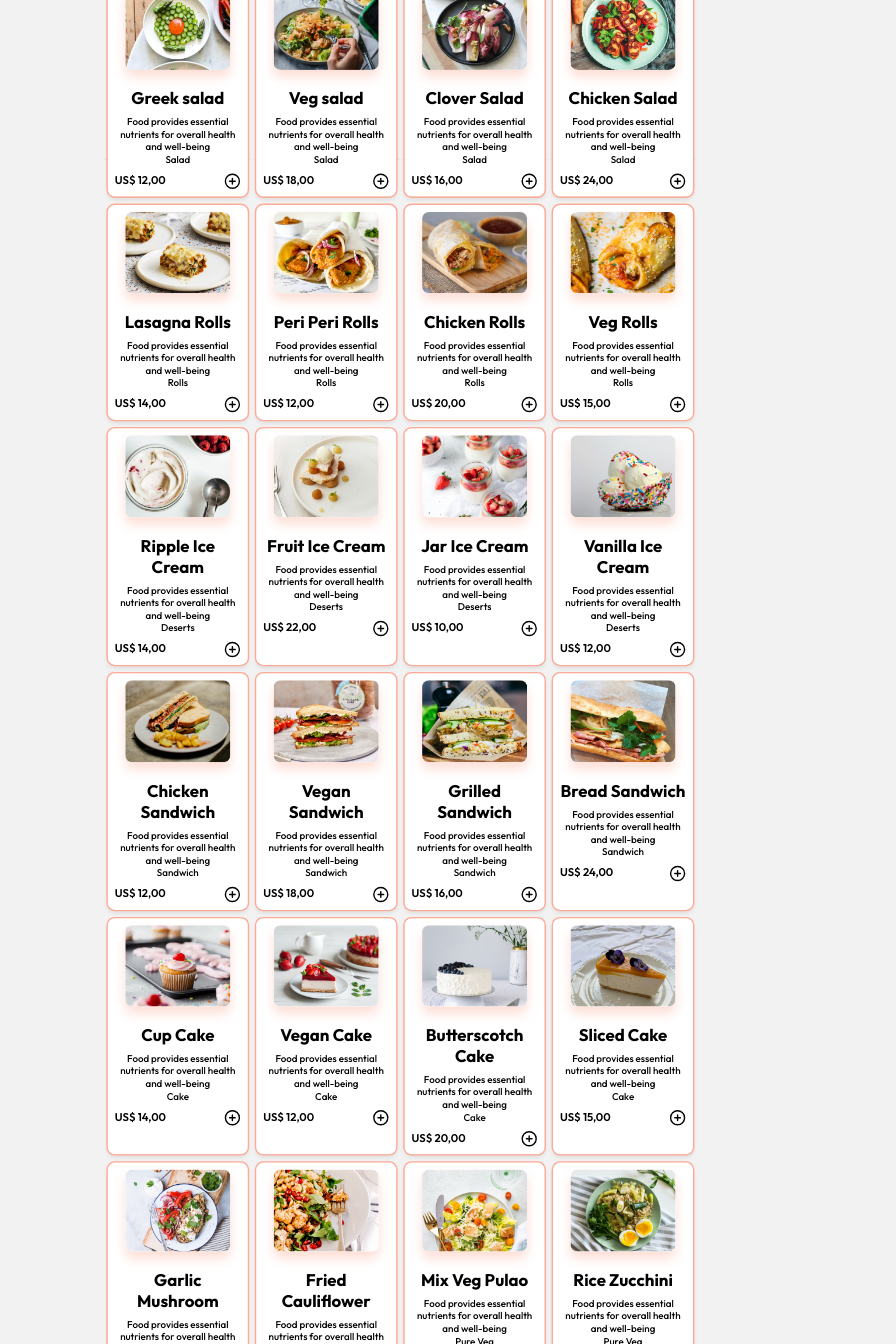
Repository: guilhermecardoso93/foodio
Page: /
The author's editor kept a copy of each file at every save. The page is drawn from the files as they stood at one save, then again after the next save.
The browser window is 1280 px wide. The pictures show the part of the page from y = 777 to 2697 px (the page is 3465 px tall before and 3481 px after), at 70% of full size.
The project was rebuilt for these pictures with package versions that can differ from the ones it lists, and the page was loaded fresh each time. Also part of the build but not shown: vite.config.js, src/index.css.

Above is the page before, as saved 2024-11-05 20:26:43.

### index.html
<!doctype html>
<html lang="en">

<head>
    <meta charset="UTF-8" />
    <link rel="icon" type="image/svg+xml" href="/" />
    <link rel="preconnect" href="https://fonts.googleapis.com">
    <link rel="preconnect" href="https://fonts.gstatic.com" crossorigin>
    <link href="https://fonts.googleapis.com/css2?family=Inter:ital,opsz,wght@0,14..32,100..900;1,14..32,100..900&family=Outfit:wght@100..900&display=swap" rel="stylesheet">
    <meta name="viewport" content="width=device-width, initial-scale=1.0" />
    <title>Foodio</title>
</head>

<body>
    <div id="root"></div>
    <script type="module" src="/src/main.jsx"></script>
</body>

</html>

### src/main.jsx
import { StrictMode } from "react";
import { createRoot } from "react-dom/client";
import { App } from "./App.jsx";

import "./index.css";
createRoot(document.getElementById("root")).render(
  <StrictMode>
    <App />
  </StrictMode>
);

### src/App.jsx
import "./App.css";
import { Main } from "./components/Main";
import { Menu } from "./components/Menu";

export function App() {
  return (
    <>
      <Menu />
      <Main />
    </>
  );
}

### src/App.css
*, ::after, ::before {
  margin: 0;
  padding: 0;
  box-sizing: border-box;
}

body {
  margin: 0 100px;
  background-color: #f2f2f2;
  font-family: "Outfit", serif;
}

### src/components/Main/index.jsx
import imagem1 from "../../assets/images/image1.png";
import imagem5 from "../../assets/images/image5.png";
import { food_list } from "../../assets/assets";
import { CardItem } from "../CardItem";

import "./styles.css";

export function Main() {
  return (
    <main>
      <section className="grid">
        <div className="content">
          <div className="content-left">
            <div className="info">
              <h2>
                Order Your Best
                <br />
                Food anytime
              </h2>
              <p>
                Hey, our delicious food is waiting for you, <br /> We are always
                waiting for you with fresh items of food.
              </p>
            </div>
            <button>Explore Food</button>
          </div>
          <div className="content-right">
            <img src={imagem1} alt="" />
            <img src={imagem5} alt="" />
            <img src={imagem1} alt="" />{" "}
          </div>
        </div>
      </section>
      <section className="category">
        <div className="list-items">
          <h3>Popular Dishes</h3>
          <div className="card-list">
            {food_list.map((item, index) => {
              return (
                <CardItem
                  image={item.image}
                  name={item.name}
                  price={item.price}
                  description={item.description}
                  category={item.category}
                  key={index}
                />
              );
            })}
          </div>
        </div>
      </section>
    </main>
  );
}

### src/components/Menu/index.jsx
import "./styles.css";

export function Menu() {
  function toggleMenu() {}

  return (
    <div className="navbar">
      <div className="navbar-logo">
        <h1>
          Food<b>io</b>
        </h1>
      </div>
      <div className="hamburguer" onClick={toggleMenu()}>
        <span className="bar"></span>
        <span className="bar"></span>
        <span className="bar"></span>
      </div>
      <ul className="navbar-link">
        <li className="active">
          <a href="/">Home</a>
        </li>
        <li className="active">
          <a href="/">Menu</a>
        </li>
        <li className="active">
          <a href="/">Service</a>
        </li>
        <li className="active">
          <a href="/">About Us</a>
        </li>
        <li className="active">
          <a href="/">Gallery</a>
        </li>
      </ul>
      <div className="auth-buttons">
        <input type="submit" className="sign" value="Sign in" name="signin" />
        <input type="submit" className="sign" value="Sign Out" name="signout" />
      </div>
    </div>
  );
}

### src/assets/assets.js

import food_1 from './food/food_1.png'
import food_2 from './food/food_2.png'
import food_3 from './food/food_3.png'
import food_4 from './food/food_4.png'
import food_5 from './food/food_5.png'
import food_6 from './food/food_6.png'
import food_7 from './food/food_7.png'
import food_8 from './food/food_8.png'
import food_9 from './food/food_9.png'
import food_10 from './food/food_10.png'
import food_11 from './food/food_11.png'
import food_12 from './food/food_12.png'
import food_13 from './food/food_13.png'
import food_14 from './food/food_14.png'
import food_15 from './food/food_15.png'
import food_16 from './food/food_16.png'
import food_17 from './food/food_17.png'
import food_18 from './food/food_18.png'
import food_19 from './food/food_19.png'
import food_20 from './food/food_20.png'
import food_21 from './food/food_21.png'
import food_22 from './food/food_22.png'
import food_23 from './food/food_23.png'
import food_24 from './food/food_24.png'
import food_25 from './food/food_25.png'
import food_26 from './food/food_26.png'
import food_27 from './food/food_27.png'
import food_28 from './food/food_28.png'
import food_29 from './food/food_29.png'
import food_30 from './food/food_30.png'
import food_31 from './food/food_31.png'
import food_32 from './food/food_32.png'


export const food_list = [
    {
        _id: "1",
        name: "Greek salad",
        image: food_1,
        price: 12,
        description: "Food provides essential nutrients for overall health and well-being",
        category: "Salad"
    },
    {
        _id: "2",
        name: "Veg salad",
        image: food_2,
        price: 18,
        description: "Food provides essential nutrients for overall health and well-being",
        category: "Salad"
    }, {
        _id: "3",
        name: "Clover Salad",
        image: food_3,
        price: 16,
        description: "Food provides essential nutrients for overall health and well-being",
        category: "Salad"
    }, {
        _id: "4",
        name: "Chicken Salad",
        image: food_4,
        price: 24,
        description: "Food provides essential nutrients for overall health and well-being",
        category: "Salad"
    }, {
        _id: "5",
        name: "Lasagna Rolls",
        image: food_5,
        price: 14,
        description: "Food provides essential nutrients for overall health and well-being",
        category: "Rolls"
    }, {
        _id: "6",
        name: "Peri Peri Rolls",
        image: food_6,
        price: 12,
        description: "Food provides essential nutrients for overall health and well-being",
        category: "Rolls"
    }, {
        _id: "7",
        name: "Chicken Rolls",
        image: food_7,
        price: 20,
        description: "Food provides essential nutrients for overall health and well-being",
        category: "Rolls"
    }, {
        _id: "8",
        name: "Veg Rolls",
        image: food_8,
        price: 15,
        description: "Food provides essential nutrients for overall health and well-being",
        category: "Rolls"
    }, {
        _id: "9",
        name: "Ripple Ice Cream",
        image: food_9,
        price: 14,
        description: "Food provides essential nutrients for overall health and well-being",
        category: "Deserts"
    }, {
        _id: "10",
        name: "Fruit Ice Cream",
        image: food_10,
        price: 22,
        description: "Food provides essential nutrients for overall health and well-being",
        category: "Deserts"
    }, {
        _id: "11",
        name: "Jar Ice Cream",
        image: food_11,
        price: 10,
        description: "Food provides essential nutrients for overall health and well-being",
        category: "Deserts"
    }, {
        _id: "12",
        name: "Vanilla Ice Cream",
        image: food_12,
        price: 12,
        description: "Food provides essential nutrients for overall health and well-being",
        category: "Deserts"
    },
    {
        _id: "13",
        name: "Chicken Sandwich",
        image: food_13,
        price: 12,
        description: "Food provides essential nutrients for overall health and well-being",
        category: "Sandwich"
    },
    {
        _id: "14",
        name: "Vegan Sandwich",
        image: food_14,
        price: 18,
        description: "Food provides essential nutrients for overall health and well-being",
        category: "Sandwich"
    }, {
        _id: "15",
        name: "Grilled Sandwich",
        image: food_15,
        price: 16,
        description: "Food provides essential nutrients for overall health and well-being",
        category: "Sandwich"
    }, {
        _id: "16",
        name: "Bread Sandwich",
        image: food_16,
        price: 24,
        description: "Food provides essential nutrients for overall health and well-being",
        category: "Sandwich"
    }, {
        _id: "17",
        name: "Cup Cake",
        image: food_17,
        price: 14,
        description: "Food provides essential nutrients for overall health and well-being",
        category: "Cake"
    }, {
        _id: "18",
        name: "Vegan Cake",
        image: food_18,
        price: 12,
        description: "Food provides essential nutrients for overall health and well-being",
        category: "Cake"
    }, {
        _id: "19",
        name: "Butterscotch Cake",
        image: food_19,
        price: 20,
        description: "Food provides essential nutrients for overall health and well-being",
        category: "Cake"
    }, {
        _id: "20",
        name: "Sliced Cake",
        image: food_20,
        price: 15,
        description: "Food provides essential nutrients for overall health and well-being",
        category: "Cake"
    }, {
        _id: "21",
        name: "Garlic Mushroom ",
        image: food_21,
        price: 14,
        description: "Food provides essential nutrients for overall health and well-being",
        category: "Pure Veg"
    }, {
        _id: "22",
        name: "Fried Cauliflower",
        image: food_22,
        price: 22,
        description: "Food provides essential nutrients for overall health and well-being",
        category: "Pure Veg"
    }, {
        _id: "23",
        name: "Mix Veg Pulao",
        image: food_23,
        price: 10,
        description: "Food provides essential nutrients for overall health and well-being",
        category: "Pure Veg"
    }, {
        _id: "24",
        name: "Rice Zucchini",
        image: food_24,
        price: 12,
        description: "Food provides essential nutrients for overall health and well-being",
        category: "Pure Veg"
    },
    {
        _id: "25",
        name: "Cheese Pasta",
        image: food_25,
        price: 12,
        description: "Food provides essential nutrients for overall health and well-being",
        category: "Pasta"
    },
    {
        _id: "26",
        name: "Tomato Pasta",
        image: food_26,
        price: 18,
        description: "Food provides essential nutrients for overall health and well-being",
        category: "Pasta"
    }, {
        _id: "27",
        name: "Creamy Pasta",
        image: food_27,
        price: 16,
        description: "Food provides essential nutrients for overall health and well-being",
        category: "Pasta"
    }, {
        _id: "28",
        name: "Chicken Pasta",
        image: food_28,
        price: 24,
        description: "Food provides essential nutrients for overall health and well-being",
        category: "Pasta"
    }, {
        _id: "29",
        name: "Buttter Noodles",
        image: food_29,
        price: 14,
        description: "Food provides essential nutrients for overall health and well-being",
        category: "Noodles"
    }, {
        _id: "30",
        name: "Veg Noodles",
        image: food_30,
        price: 12,
        description: "Food provides essential nutrients for overall health and well-being",
        category: "Noodles"
    }, {
        _id: "31",
        name: "Somen Noodles",
        image: food_31,
        price: 20,
        description: "Food provides essential nutrients for overall health and well-being",
        category: "Noodles"
    }, {
        _id: "32",
        name: "Cooked Noodles",
        image: food_32,
        price: 15,
        description: "Food provides essential nutrients for overall health and well-being",
        category: "Noodles"
    }
]

### src/components/CardItem/index.jsx
import { PlusCircle, PlusCircleIcon } from "lucide-react";
import "./styles.css";

export function CardItem({ image, name, price, description, category }) {
  function formatarPreco(valor) {
    return new Intl.NumberFormat("pt-BR", {
      style: "currency",
      currency: "USD",
    }).format(valor);
  }

  return (
    <div className="card">
      <img src={image} alt="" />
      <div className="title">
        <h1>{name}</h1>
      </div>
      <div className="desc-food">
        <p>{description}</p>
        <p>{category}</p>
      </div>
      <div className="price">
        <span>{formatarPreco(price)}</span>
        <PlusCircle />
      </div>
    </div>
  );
}

### src/components/Main/styles.css
.content {
  display: grid;
  grid-template-columns: 50% auto;
  margin-top: 100px;
  gap: 30px;
  align-items: center;
  justify-content: space-between;
  width: 100%;
}

.content-left {
  display: block;
  width: 100%;
}

.content-left .info {
  max-width: 100%;
  display: flex;
  flex-direction: column;
}

.content-left .info h2 {
  font-size: 60px;
  margin-bottom: 30px;
}

.content-left .info p {
  font-size: 20px;
  line-height: 2pc;
  margin-bottom: 30px;
}

.content-left button {
  padding: 10px 23px;
  background-color: #ff511c;
  color: #f2f2f2;
  border-radius: 5px;
  border: none;
  cursor: pointer;
  font-weight: 600;
  font-size: 1.2rem;
  margin-bottom: 5px;
}

.content-left button:hover {
  color: #ff511c;
  background-color: #f2f2f2;
  border: solid 2px #ff511c;
  padding: 8px 21px;
}

.grid {
  width: 100%;
  max-width: 1200px;
  margin: 0 auto;
  padding: 20px;
}

.content-right {
  position: relative;
  height: 400px;
  width: 400px;
  display: flex;
  justify-content: center;
  align-items: center;
}

.content-right img {
  position: absolute;
  width: 100%;
  height: 100%;
  object-fit: cover;
  opacity: 0;
  animation: imageSwitch 15s infinite, rotate 3s linear infinite;
  transform-origin: center center;
}

.content-right img:nth-child(1) {
  animation-delay: 0s;
}

.content-right img:nth-child(2) {
  animation-delay: 5s;
}

.content-right img:nth-child(3) {
  animation-delay: 10s;
}

@keyframes rotate {
  from {
    transform: rotate(0deg);
  }

  to {
    transform: rotate(360deg);
  }
}

@keyframes imageSwitch {
  0%, 33% {
    opacity: 1;
  }

  34%, 100% {
    opacity: 0;
  }
}

.category {
  width: 100%;
  display: flex;
  margin-bottom: 50px;
  justify-content: center;
}

.category .list-items {
  width: 90%;
  position: relative;
  position: relative;
}

.category .list-items h3 {
  font-size: 2rem;
  font-weight: 600;
  margin-bottom: 70px;
}

.category .list-items .card-list {
  display: flex;
  flex-wrap: wrap;
  gap: 12px;
}

### src/components/Menu/styles.css
.navbar {
  width: 100%;
  display: flex;
  justify-content: space-between;
  align-items: center;
  padding: 30px 0;
}

.navbar-logo {
  font-weight: 600;
  color: rgb(122, 122, 122);
}

.navbar-logo b {
  color: #ff511c;
}

.navbar-link {
  display: flex;
  list-style: none;
}

.navbar-link li {
  margin-right: 30px;
}

.navbar-link li a {
  text-decoration: none;
  color: rgb(122, 122, 122);
  font-weight: 500;
  font-size: 17px;
}

.navbar-link li a:hover {
  color: #ff511c;
}

.navbar-link .active::after {
  content: "";
  width: 100%;
  height: 3px;
  background-color: #ff511c;
  display: flex;
  position: relative;
  margin-top: 3x;
}

.auth-buttons {
  display: flex;
  align-items: center;
  gap: 10px;
}

input {
  padding: 10px;
  cursor: pointer;
  font-weight: 600;
}

.sign {
  background: transparent;
  border: none;
  color: rgb(122, 122, 122);
  font-weight: 500;
  font-size: 17px;
  text-decoration: none;
}

.sign:hover {
  background-color: #ff511c;
  border-radius: 10px;
  color: black;
}

### src/components/CardItem/styles.css
.card {
  width: 200px;
  min-height: 250px;
  /* Define uma altura mínima para o cartão */
  display: flex;
  flex-direction: column;
  align-items: center;
  padding: 10px;
  border-radius: 10px;
  position: relative;
  background-color: #ffffff;
  outline: 2px solid #ffaa96;
  box-shadow: 0 4px 8px rgba(0, 0, 0, 0.1);
}

.card img {
  width: 100%;
  max-width: 150px;
  height: auto;
  border-radius: 10px;
  object-fit: cover;
  object-position: center;
  background-repeat: no-repeat;
  box-shadow: 0 10px 15px rgba(250, 173, 150, 0.4);
  /* Ajusta a sombra */
  margin-bottom: 15px;
  /* Espaço entre a imagem e o conteúdo abaixo */
}

.card .title {
  padding: 10px 0 10px;
}

.card .title h1 {
  text-align: center;
  font-weight: bold;
  font-size: 1.5rem;
}

.desc-food p {
  font-size: 14px;
  text-align: center;
  font-weight: 500;
}

.price {
  display: flex;
  margin-top: 10px;
  justify-content: space-between;
  width: 100%;
  font-weight: 600;
}

.card-content {
  text-align: center;
  /* Centraliza o conteúdo */
  padding: 5px;
}

After the next save:
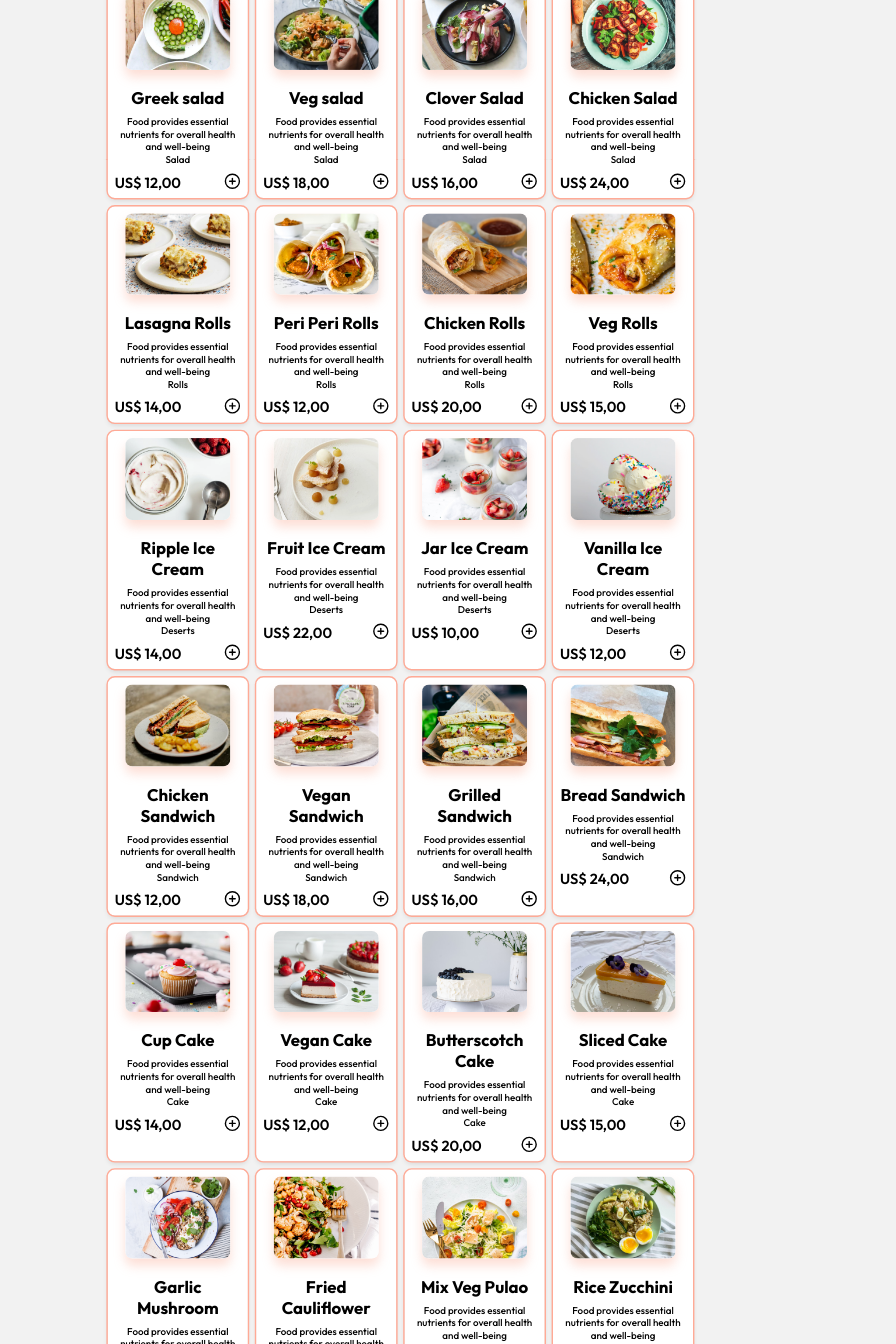
Saved 7 s later.
--- a/src/components/CardItem/styles.css
+++ b/src/components/CardItem/styles.css
@@ -49,6 +49,7 @@
   justify-content: space-between;
   width: 100%;
   font-weight: 600;
+  font-size: 1.3rem;
 }
 
 .card-content {
